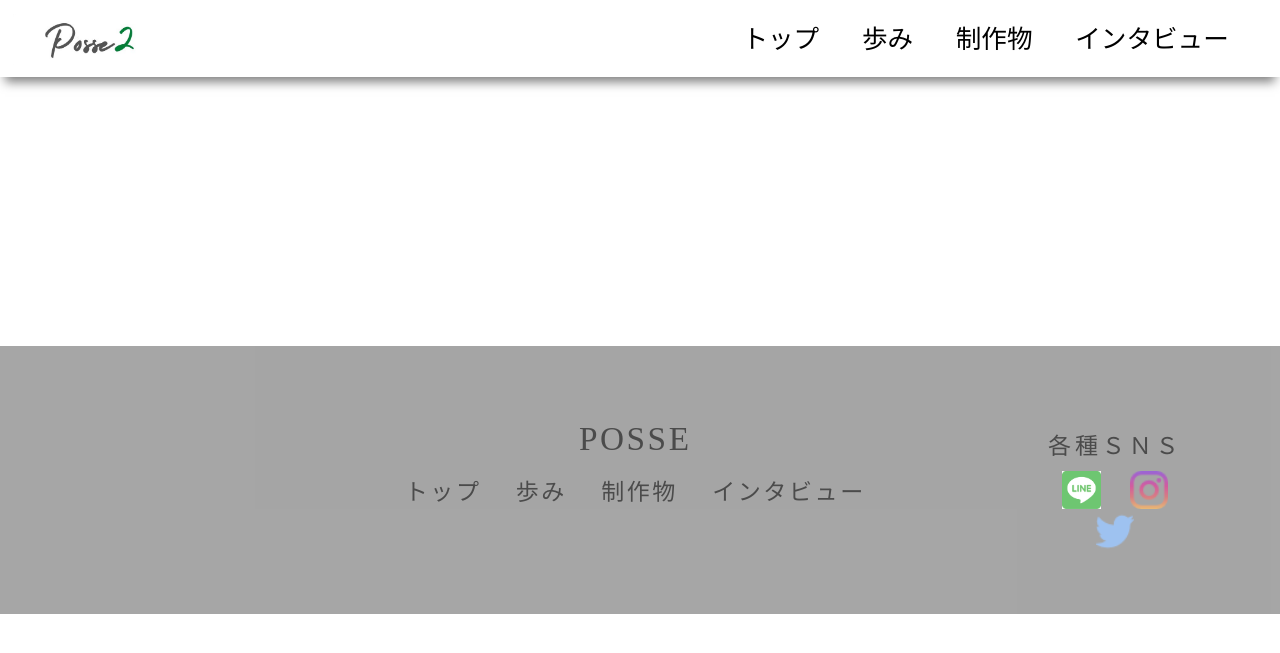
Repository: posse-ap/posse2-hackathon-202202-team2A
Page: topPage/index.html
These files come from the project's save history. The page is drawn as it stood at one moment and after a run of saves; the edit follows.
The browser window is 1280 px wide. The pictures show the whole page.

Above is the page before, as saved 2022-02-15 02:52:47.

### topPage/index.html
<!DOCTYPE html>
<html lang="en">

<head>
    <meta charset="UTF-8" />
    <meta http-equiv="X-UA-Compatible" content="IE=edge" />
    <meta name="viewport" content="width=device-width, initial-scale=1.0" />
    <title>Document</title>
    <link rel="stylesheet" href="/reset.css" />
    <link rel="stylesheet" href="/topPage/style.css" />
</head>

<body>
    <!-- <header id="header" class="header">
        <div class="header_content">
            <div class="header_title">
                <img src="/topPage images/S__31211608.jpg" alt="" class="header_title_img">
            </div>
            <div class="header_links">
                <ul>
                    <li><a href="">トップページ</a></li>
                    <li><a href="">活動記録</a></li>
                    <li><a href="">日常の記録</a></li>
                    <li><a href="">保護者の方へ</a></li>
                </ul>
            </div>
        </div>
    </header> -->

    <header id="header" class="header">
        <div class="header_content">
            <div class="header_title">
                <img src="/topPage images/S__31211608.jpg" alt="" class="header_title_img">
            </div>
            <!-- ①サイトタイトル -->
            <div class="nav-wrapper header_links">
                <!-- ②ナビゲーションメニュー -->
                <nav class="header-nav">
                    <ul class="nav-list">
                        <li class="nav-item">
                            <a href="">トップ</a>
                        </li>
                        <li class="nav-item">
                            <a href="">歩み</a>
                        </li>
                        <li class="nav-item">
                            <a href="">制作物</a>
                        </li>
                        <li class="nav-item">
                            <a href="">インタビュー</a>
                        </li>
                    </ul>
                </nav>
            </div>
            <button class="burger-btn">
                <!-- ③ハンバーガーボタン -->
                <span class="bar bar_top"></span>
                <span class="bar bar_mid"></span>
                <span class="bar bar_bottom"></span>
            </button>
        </div>
    </header>



    <footer class="footer">
        <div class='footer_box'>
            <div class="footer_box1">
                <div class='footer_official_box'>
                    <label for="logo"><p>POSSE</p></label>
                    <!-- <a id='logo'  href="https://posse.anti-pattern.co.jp/"><img class='posse_logo_footer' src="img\posseLogo.png" alt="ポッセロゴ"></a> -->
                </div>
                <div class='footer_other_box'>
                    <div class='footer_page_in_site'>
                        <a href="">トップ</a>
                        <a href="">歩み</a>
                        <a href="">制作物</a>
                        <a href="">インタビュー</a>
                    </div>
                </div>
            </div>
            <div class='SNS'>
                <p>各種ＳＮＳ</p>
                <div class='SNS_box'>
                    <a href=""><img src="/topPage images/LINE.png" alt=""></a>
                    <a href="https://instagram.com/posse_programming?utm_medium=copy_link"><img src="/topPage images/instagram2.png" alt="instagram"></a>
                    <a href="https://twitter.com/posse_program?s=20"><img src="/topPage images/twitter2.png" alt="twitter"></a>
                </div>
            </div>
        </div>
    </footer>

    <script src="https://ajax.googleapis.com/ajax/libs/jquery/3.6.0/jquery.min.js"></script>
    <script src="/topPage/script.js"></script>
</body>

</html>

### topPage/style.css
html {
    font-size: 1vw;
}

body {
    text-align: center;
    margin: 0 auto;
    font-family: "ヒラギノ丸ゴ Pro W4", "ヒラギノ丸ゴ Pro", "Hiragino Maru Gothic Pro", "ヒラギノ角ゴ Pro W3", "Hiragino Kaku Gothic Pro", "HG丸ｺﾞｼｯｸM-PRO", "HGMaruGothicMPRO";
}

.header_content {
    width: 95%;
    height: 90%;
    display: flex;
    justify-content: space-between;
    opacity: 1;
    margin: 0 6rem 0.3rem 1rem;
}

.header_title {
    display: flex;
}

.header_title_img {
    display: block;
    width: 12rem;
    height: 4rem;
    opacity: 1;
}



.header_links {
    width: 40%;
    padding: 1rem 0 0 0;
}

.header_links ul {
    display: flex;
    justify-content: space-between;
}

.header_links li a {
    display: block;
    color: black;
    text-decoration: none;
    font-size: 2rem;
}

.header_links li a:hover {
    opacity: 0.4;
    transform: translate(0, -5px);
}


.header {
    width: 100%;
    height: 6rem;
    background: white;
    position: fixed;
    top: 0;
    left: 0;
    padding-top: 1.1rem;
    box-sizing: border-box;
    z-index: 5;
    box-shadow: 0px 10px 10px -5px rgba(0, 0, 0, 0.5);
}



/* -------------------- */
/* header
  /* -------------------- */
/* .header {
    align-items: center;
    background-color: #1b1310;
    border-bottom: 1px solid #fff;
    color: #fff;
    display: flex;
    height: 74px;
    justify-content: space-between;
    padding: 0 120px;
} */

/* .nav-list {

    display: flex;
} */

/* .nav-item {

    margin-right: 55px;
} */

.burger-btn {
    display: none;
}

/* ------------------ */
/* fv
  /* ------------------ */
.fv {
    align-items: center;
    background-color: #141414;
    background-image: url(../img/fv-bgi@2x.jpg);
    background-position: center;
    background-size: cover;
    display: flex;
    flex-direction: column;
    height: 90vh;
    justify-content: center;
}

/* .main-copy {
    border: 2px solid #fff;
    color: #fff;
    font-size: 50px;
    font-weight: bold;
    padding: 34px 42px;
} */

/* ------------------ */
/* about
  /* ------------------ */
.section-title {
    font-size: 36px;
    font-weight: bold;
    letter-spacing: .05em;
    margin-bottom: 70px;
    text-align: center;
}

h3 {
    font-size: 2.4rem;
    font-weight: bold;
    letter-spacing: .1em;
    line-height: 2;
    margin-bottom: 40px;
}

.section-wrapper {
    padding: 100px 10% 50px;
}

@media screen and (min-width:541px) and (max-width:1024px) {
    .header{
        height: 10rem;
    }

    .header_content{
        padding-top: 2rem;
    }

    .header_title_img{
        width: 100%;
        height: 70%;
    }

    .header_links li a{
        font-size: 2.7rem;
        margin-top: 0;
    }

    .header_links{
        width: 50%;
    }
}

@media screen and (max-width:540px) {

    /* ----------------------- */
    /* base_sp
    /* ----------------------- */
    /* デフォルトのbuttonスタイルをリセット */
    button {
        -webkit-appearance: none;
        -moz-appearance: none;
        appearance: none;
        background: transparent;
        border: 0;
        border-radius: 0;
        color: inherit;
        cursor: pointer;
        font: inherit;
        margin: 0;
        outline: none;
        padding: 0;
        vertical-align: middle;
    }

    /* ------------------ */
    /* humberger-menu */
    /* ------------------ */
    .header {
        padding: 0;
        height: 15rem;
    }

    .header_title_img{
        margin-top: 2rem;
        width: 30rem;
        height: 10rem;
    }

    /* 以下、ハンバーガーボタン */
    .burger-btn {
        display: block;
        height: 22%;
        position: relative;
        width: 20%;
        z-index: 3;
        /* codepenの挙動のため */
        background-color: transparent;
        border: none;
        margin-top: 6rem;
    }



    .bar {
        background-color: black;
        display: block;
        height: 0.1rem;
        left: 50%;
        position: absolute;
        transform: translateX(-50%);
        width: 7rem;
    }

    .bar_top {
        top: 3rem;
    }

    .bar_mid {
        top: 50%;
        transform: translate(-50%, -50%);
    }

    .bar_bottom {
        bottom: 3rem;
    }

    .burger-btn.close{
        margin-top: 8.4rem;
    }

    .burger-btn.close .bar_top {
        transform: translate(-50%,-4.3rem) rotate(45deg);
        transition: transform .3s;
    }

    .burger-btn.close .bar_mid {
        opacity: 0;
        transition: opacity .3s;
    }

    .burger-btn.close .bar_bottom {
        transform: translate(-50%, -1rem) rotate(-45deg);
        transition: transform .3s;
    }

    /* スクロール制御 */
    .noscroll {
        overflow: hidden;
    }

    /* 以下、ハンバーガーメニュー */
    .nav-wrapper {
        visibility: hidden;
        height: 100vh;
        left: 0;
        position: fixed;
        top: 0;
        width: 100vw;
        opacity: 0;
        transition: opacity .5s;
        z-index: 2;
        /*キービジュアルと.btn_triggerとの重なりの前後関係を調整*/
    }

    .header-nav {
        background-color: white;
        height: 100%;
        width: 100%;
        z-index: 2;
    }

    .header_links ul{
        display: block;
    }

    .nav-list {
        display: block;
        left: 50%;
        position: absolute;
        text-align: center;
        top: 50%;
        transform: translate(-50%, -50%);
    }

    .nav-item {
        margin-bottom: 40px;
        margin-right: 0;
    }

    .header_links li a{
        font-size: 5rem;
    }

    /* メニューオープン時 */
    .nav-wrapper.fade {
        opacity: 1;
        visibility: visible;
    }

    /* ------------------ */
    /* fv */
    /* ------------------ */
    .main-copy {
        font-size: 30px;
    }

    /* ------------------ */
    /* about */
    /* ------------------ */
    h3 {
        font-size: 20px;
        margin-bottom: 30px;
    }

    .section-wrapper {
        padding: 100px 5% 50px;
    }
}

/* ふったー */
.footer {
    background-color: grey;
    opacity: 0.7;
}

.footer_box {
    width: 75%;
    height: 15rem;
    display: flex;
    justify-content: space-around;
    padding: 6rem 0 0 0;
    position: relative;
    right: -23%;
    margin-top: 27rem;
}

.footer_official_box label p {
    color: black;
    font-size: 2.6rem;
    letter-spacing: 0.2rem;
}

.footer_official_box label p:hover {
    opacity: 0.4;
    transform: translate(0, -5px);
}

.footer_page_in_site a {
    color: black;
    text-decoration: none;
    font-size: 1.8rem;
    letter-spacing: 0.2rem;
}

.footer_page_in_site a:hover {
    opacity: 0.4;
    transform: translate(0, -5px);
}

.SNS {
    width: 14%;
}

.SNS_box a {
    margin: 1rem;
}

.SNS_box a img {
    width: 3rem;
    height: 3rem;
}

.SNS_box a :hover {
    opacity: 0.4;
    transform: translate(0, -5px);
}

.SNS p {
    color: black;
    font-size: 1.8rem;
    margin: 1rem 0;
    letter-spacing: 0.3rem;
}

/* .SNS p:hover {
    opacity: 0.4;
    transform: translate(0, -5px);
} */

.posse_logo_footer {
    width: 80%;
    height: 40%;
}

.footer_other_box {
    font-size: 1.5rem;
    letter-spacing: 0.3rem;
    margin: 2rem;
}

.footer_page_in_site a {
    margin: 0 1rem;
}

@media screen and (min-width:541px) and (max-width:1024px) {
    .footer{
        height: 30rem;
    }

    .footer_official_box label p{
        font-size: 7rem;
    }

    .SNS p{
        display: block;
        margin: 3rem auto;
        font-size: 3rem;
        white-space: nowrap
    }

    .footer_page_in_site a{
        font-size: 3rem;
    }

    .footer_box{
        display: block;
        right: -13%;
    }

    .SNS{
        margin: 0 auto;
        width: 100%;
    }


    .footer_official_box label p{
        font-size: 4rem;
    }

    .SNS_box a img {
        width: 5rem;
        height: 5rem;
    }
}


@media screen and (max-width:540px) {
    .footer_box {
        display: block;
        height: 20rem;
        margin:  20rem 0;
        right: -5%;
        width: 90%;
    }

    .footer_official_box label p{
        font-size: 10rem;
    }

    .footer_page_in_site a{
        font-size: 5rem;
        display: block;
    }

    .footer_page_in_site{
        display: block;
        line-height: 7rem;
    }

    .footer{
        height: 70rem;
    }

    .SNS{
        margin: 0 auto;
        width: 100%;
    }

    .SNS p{
        display: block;
        width: 50rem;
        margin: 3rem auto;
        font-size: 7rem;
        white-space: nowrap
    }

    .SNS_box a img {
        width: 7rem;
        height: 7rem;
    }
}

### topPage/script.js
$('.burger-btn').on('click', function () {//.btn_triggerをクリックすると
    $('.burger-btn').toggleClass('close');//.btn_triggerにcloseクラスを付与(ボタンのアニメーション)
    $('.nav-wrapper').toggleClass('fade');//.nav-wrapperに
    $('body').toggleClass('noscroll');//bodyにnoscrollクラスを付与(スクロールを固定)
});

Loaded but not shown: reset.css (common file)

After the next 2 saves:
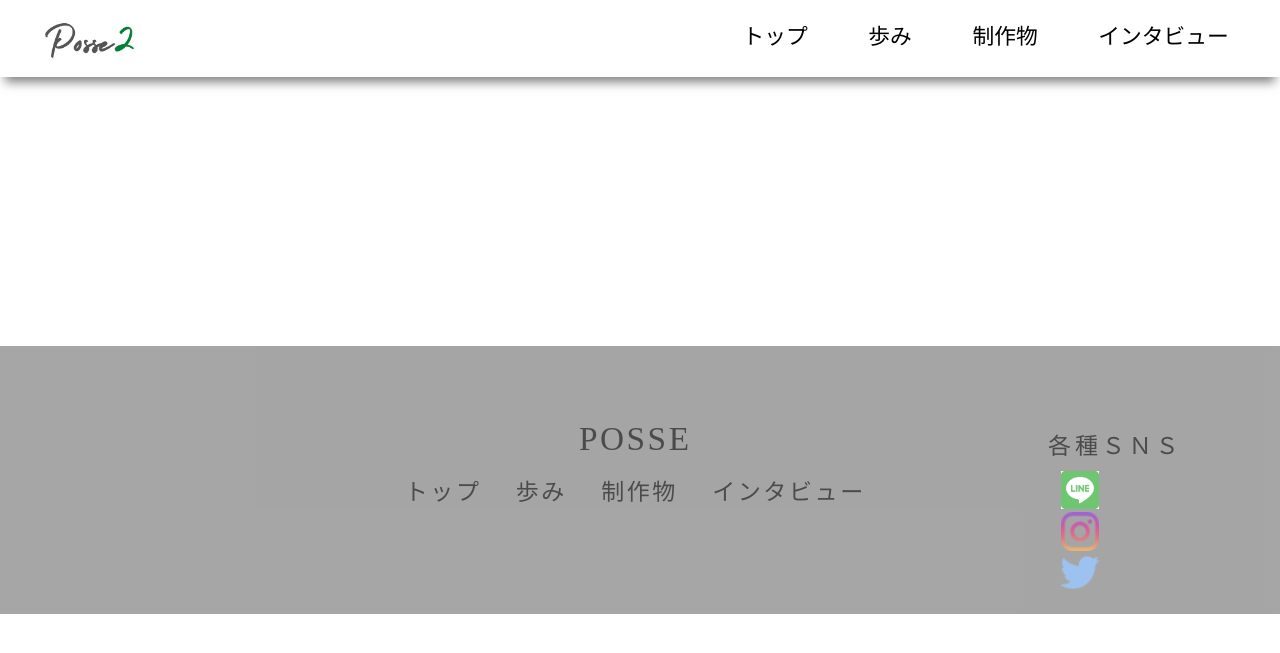
The 2 saves are shown as one change because they came seconds apart.
The last was saved 10 s later.
--- a/topPage/style.css
+++ b/topPage/style.css
@@ -44,7 +44,7 @@ body {
     display: block;
     color: black;
     text-decoration: none;
-    font-size: 2rem;
+    font-size: 1.7rem;
 }
 
 .header_links li a:hover {
@@ -66,6 +66,9 @@ body {
     box-shadow: 0px 10px 10px -5px rgba(0, 0, 0, 0.5);
 }
 
+.SNS_box{
+    width: 30%;
+}
 
 
 /* -------------------- */
